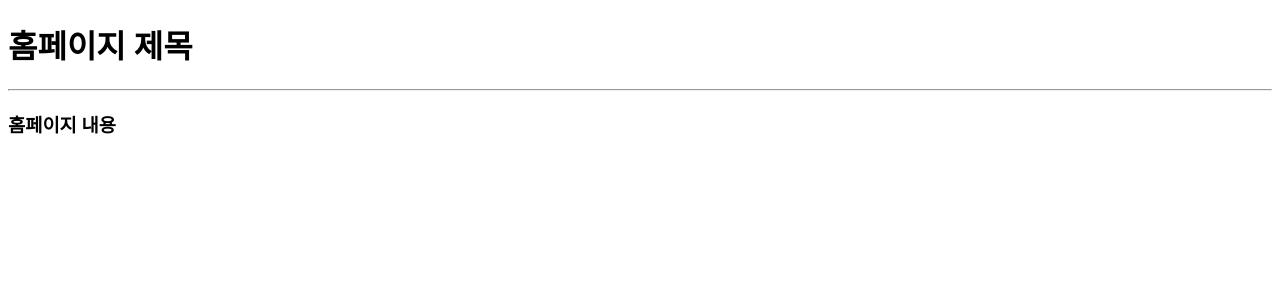
Repository: jjb5442/JSP
Page: 3Day/workspace/02_HTML_tutorial/src/main/webapp/03_Tutorial.html
These files come from the project's save history. The page is drawn as it stood at one moment and after the next save; the edit follows.
The browser window is 1280 px wide. The pictures show the whole page.

Above is the page before, as saved 2022-05-14 02:02:10.

After the next save:
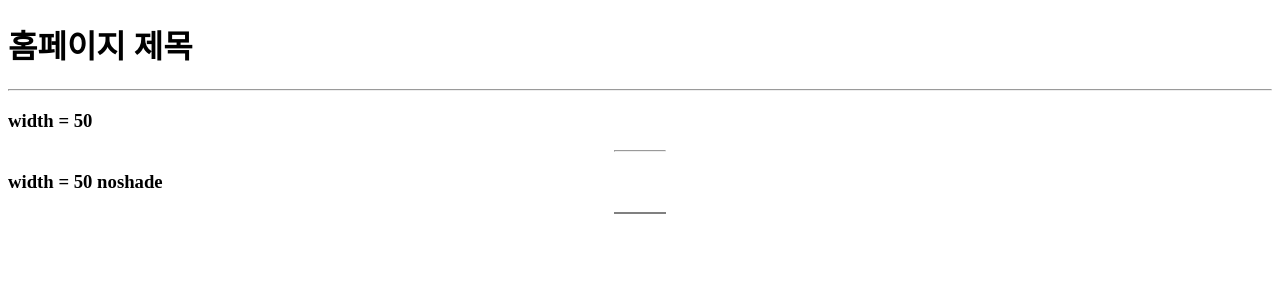
Saved 108 s later.
--- a/3Day/workspace/02_HTML_tutorial/src/main/webapp/03_Tutorial.html
+++ b/3Day/workspace/02_HTML_tutorial/src/main/webapp/03_Tutorial.html
@@ -6,7 +6,10 @@
 </head>
 <body>
 	<h1>홈페이지 제목</h1>
-	<hr>
-	<h3>홈페이지 내용</h3>
+	<hr><!-- 줄 긋는 태그 -->
+	<h3>width = 50</h3>
+	<hr width="50">
+	<h3>width = 50 noshade</h3>
+	<hr width="50" noshade>
 </body>
 </html>
